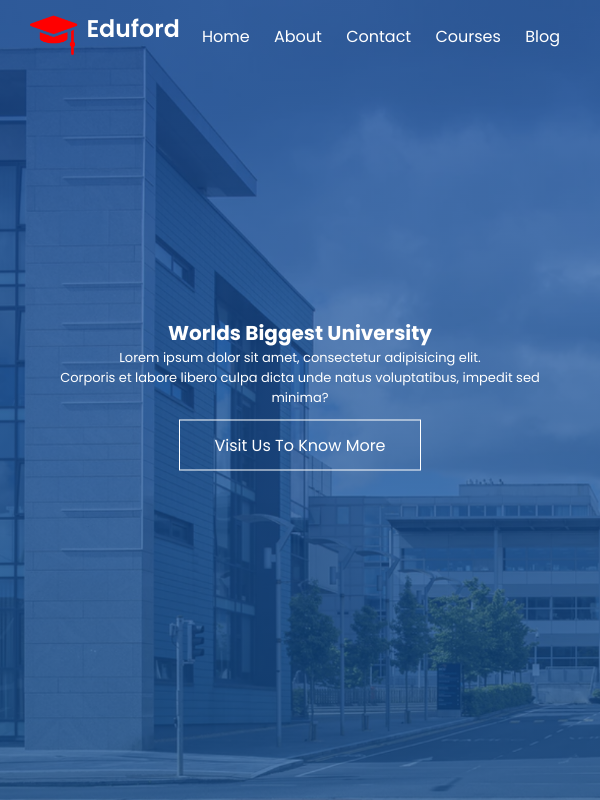
Repository: yashrajverma/Practise
Page: index.html
The author's editor kept a copy of each file at every save. The page is drawn from the files as they stood at one save, then again after the next save.
The browser window is 600 px wide. The pictures show the whole page.

Above is the page before, as saved 2021-04-27 11:31:45.

### index.html
<!DOCTYPE html>
<html lang="en">
  <head>
    <meta charset="UTF-8" />
    <meta name="viewport" content="width=device-width, initial-scale=1.0" />
    <title>Website</title>
    <link rel="stylesheet" href="style.css" />
    <link rel="preconnect" href="https://fonts.gstatic.com">
<link href="https://fonts.googleapis.com/css2?family=Poppins:ital,wght@0,100;0,400;0,600;0,700;1,500&display=swap" rel="stylesheet">
  </head>
  <body>
    <section class="header">
        <nav>
         <a href="index.html"><img src="eduford_img/logo.png" alt="logo" class="nav-img"/></a>
          <div class="nav-links">
             <ul>
            <li><a href="#">Home</a></li>
            <li><a href="#">About</a></li>
            <li><a href="#">Contact</a></li>
            <li><a href="#">Courses</a></li>
            <li><a href="#">Blog</a></li>
          </ul>
          </div>
        </nav>

        <div class="text-box">
          <h1>
            Worlds Biggest University
          </h1>
          <p>
            Lorem ipsum dolor sit amet, consectetur adipisicing elit. <br>
            Corporis et labore libero culpa dicta unde natus voluptatibus, impedit sed minima?
          </p>
          <a href="#">Visit Us To Know More</a>
        </div>
    </section>
  </body>
</html>

### style.css
*{
    margin: 0;
    padding: 0;
    font-family: 'Poppins', sans-serif;
}

.header{
    width: 100%;
    min-height: 100vh;
    background:linear-gradient(rgba(23, 76, 156, 0.7),rgba(17, 75, 141, 0.7)) ,url('./eduford_img/banner.png');
    background-position: fixed;
    background-size: cover;
    background-repeat: no-repeat;
    position: relative;
}
nav{
    display: flex;
    align-items: center;
    justify-content: space-between;
    padding: 2% 5%;
}
.nav-img{
    width: 150px;
}
.nav-links{
    flex:1;
    text-align: right;
}
.nav-links ul li{
    list-style: none;
    padding: 0 10px ;
    display: inline-block;
    position: relative;
}
.nav-links ul li  a{
    text-decoration: none;
    color: white;

}
.nav-links ul li::after{
    width: 0;
    height: 2px;
    content: '';
    background-color: #f44336;
    display: block;
    margin: auto;
    transition: 0.4s;
}
.nav-links ul li:hover::after{
    width: 100%;
    box-shadow: 0px 0px 13px #f44336;
}
.text-box{
    width: 90%;
    text-align: center;
    position: absolute;
    top: 50%;
    left: 50%;
    transform: translate(-50%,-50%);
    color: white;
}
.text-box h1{
    font-size: 62px;
}
.text-box p{
    font-size: 13px;
}
.text-box a{
    display: inline-block;
    padding: 12px 34px ;
    color: white;
    text-decoration: none;
    position: relative;
    margin: 12px;
    border: 1px solid white;
    background: transparent;
    transition: 0.4s;
}
.text-box a:hover{
    background: #f44336;
    border:1px solid #f44336;
    box-shadow: 0px 0px 13px #f44336;
}

@media(max-width:700px){
    .text-box h1{
        font-size: 20px;
    }
}

After the next save:
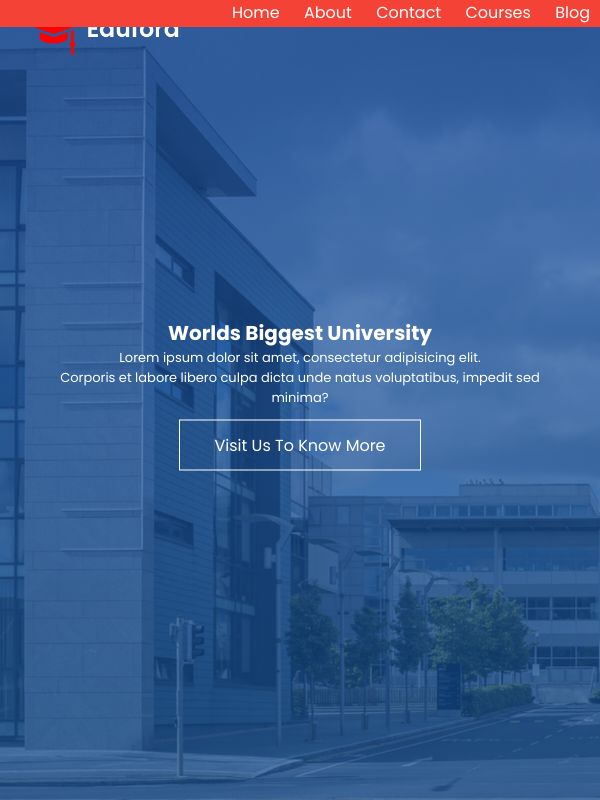
Saved 26 s later.
--- a/style.css
+++ b/style.css
@@ -86,4 +86,12 @@
     .text-box h1{
         font-size: 20px;
     }
+    .nav-links{
+        position: absolute;
+        top: 0;
+        right: 0;
+        background: #f44336;
+        width: 200%;
+
+    }
 }
